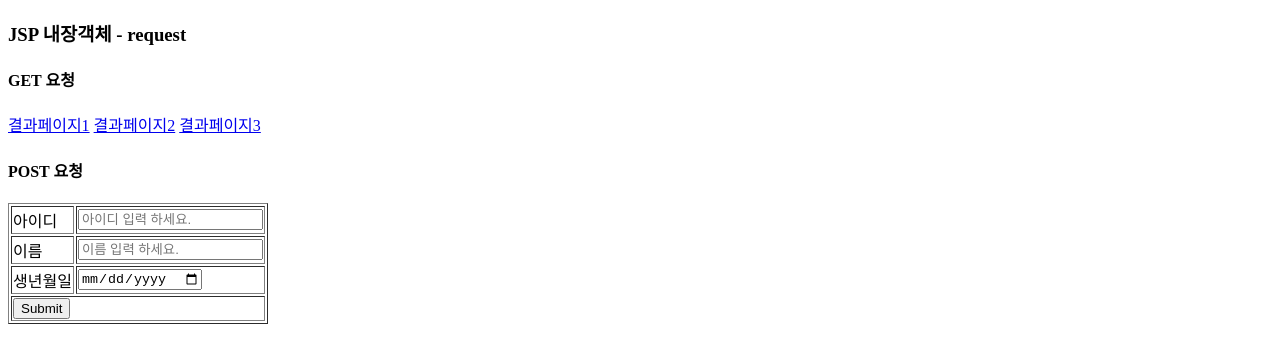
Repository: cms8474/JSP
Page: http://localhost/ch03/1_request.jsp
These files come from the project's save history. The page is drawn as it stood at one moment and after the next save; the edit follows.
The browser window is 1280 px wide. The pictures show the whole page.
The page is served by Tomcat 9.

Above is the page before, as saved 2025-07-28 03:24:25.

After the next save:
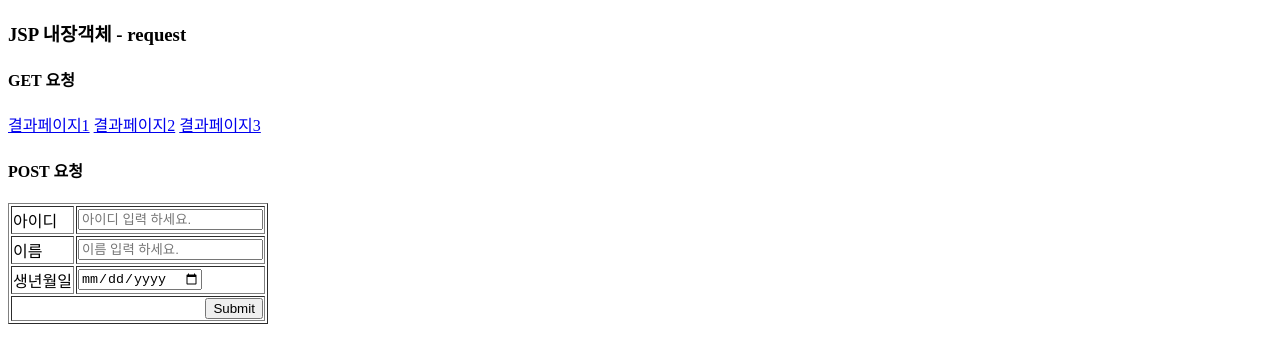
Saved 76 s later.
--- a/ch03/src/main/webapp/1_request.jsp
+++ b/ch03/src/main/webapp/1_request.jsp
@@ -40,7 +40,7 @@
 					<td><input type="date" name="birth" placeholder="생년월일 입력 하세요."/></td>
 				</tr>
 				<tr>
-					<td colspan="2 align="right">
+					<td colspan="2" align="right">
 					<input type="submit" placeholder="전송하기"/>
 					</td>
 				</tr>
